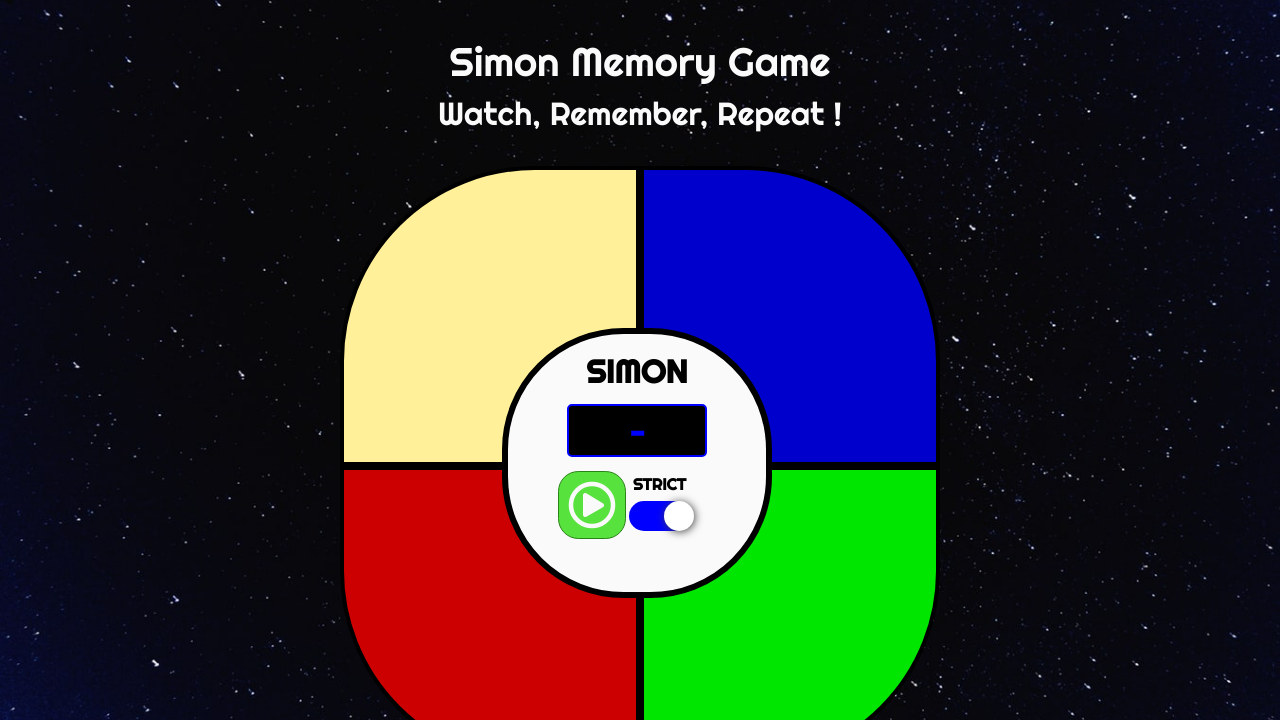
Repository: 5803emma/milestone2-simongame
Page: index.html
The author's editor kept a record of every edit. The page is drawn from the files as they stood at one moment, then again after the next edit.
The browser window is 1280 px wide. The pictures show the whole page.
After loading, the first visible `#\31` was clicked once.
An inner scrolling area shows only its first screen. Some web libraries are served in a nearby version.

Above is the page before.
Console error: TypeError: playTimeout is not a function

After the next edit:
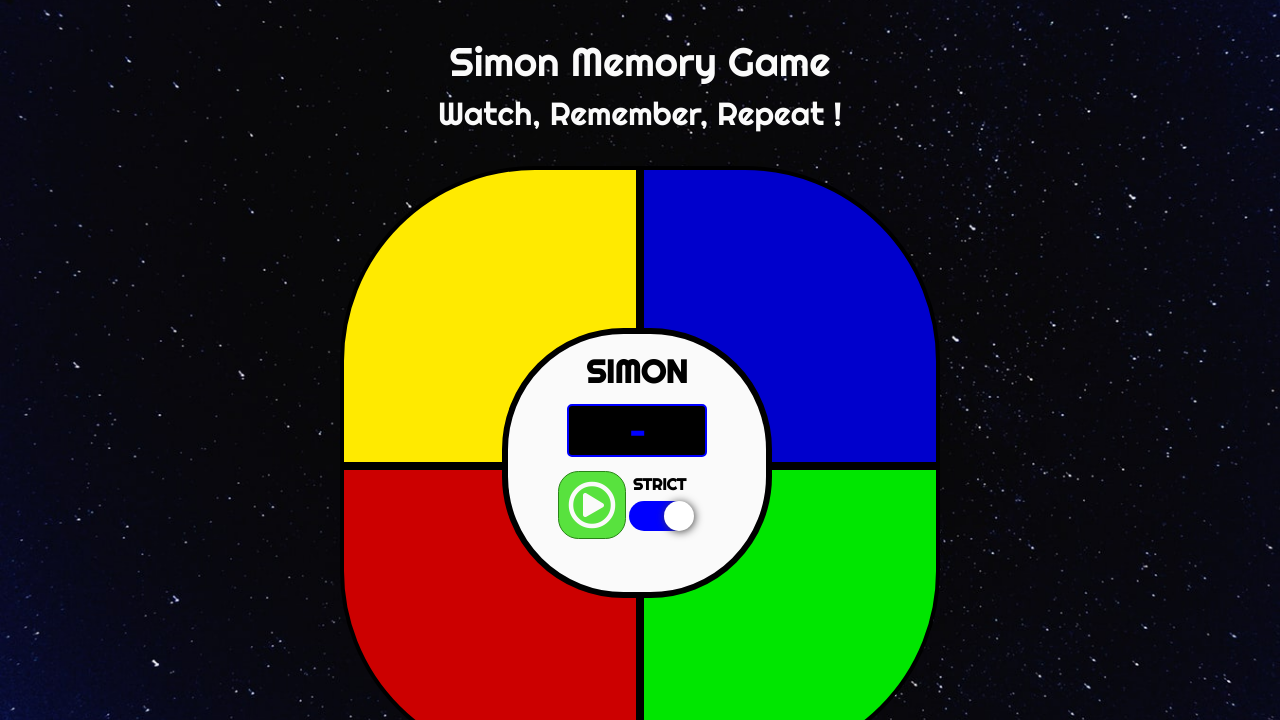
The error is gone.
The edit:
--- a/assets/js/index.js
+++ b/assets/js/index.js
@@ -157,7 +157,7 @@
 
 function yellowLightWithAudio() {
     $(yellowBlock).addClass('bright-yellow');
-    playTimeout();
+    playerTimeout();
     playAudio('yellow');
 }
 
